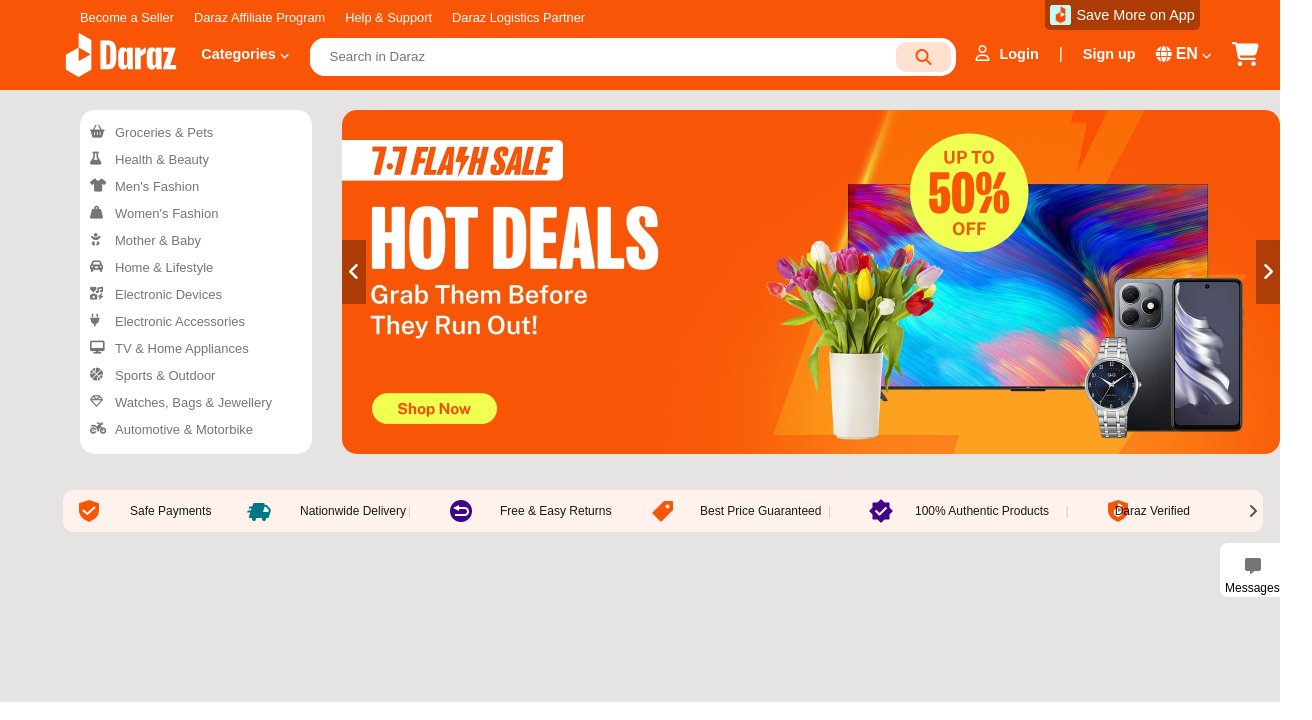
Repository: ubiadurrahman/Draz---Clone
Page: daraz.html
These files come from the project's save history. The page is drawn as it stood at one moment and after the next save; the edit follows.
The browser window is 1280 px wide. The page is 1312 px wide, so the pictures cover 1312 px, including what lies to the right of the window. The pictures show the whole page.

Above is the page before, as saved 2024-07-11 06:16:44.

### daraz.html
<!DOCTYPE html>
<html lang="en">

<head>
    <meta charset="UTF-8">
    <meta name="viewport" content="width=device-width, initial-scale=1.0">
    <title>Daraz</title>
    <link rel="stylesheet" href="https://cdnjs.cloudflare.com/ajax/libs/font-awesome/6.5.2/css/all.min.css"
        integrity="sha512-SnH5WK+bZxgPHs44uWIX+LLJAJ9/2PkPKZ5QiAj6Ta86w+fsb2TkcmfRyVX3pBnMFcV7oQPJkl9QevSCWr3W6A=="
        crossorigin="anonymous" referrerpolicy="no-referrer" />
    <link rel="stylesheet" href="daraz.css">
</head>

<body>
    <header>
        <section class="head-top">
            <div class="topleft">
                <div class="topspace"></div>
                <div class="topleft1">
                    <p class="tophover">Become a Seller</p>
                </div>
                <div class="topleft2">
                    <p class="tophover"> Daraz Affiliate Program</p>
                </div>
                <div class="topleft3">
                    <p class="tophover"> Help & Support</p>
                </div>
                <div class="topleft4">
                    <p class="tophover"> Daraz Logistics Partner</p>
                </div>
            </div>
            <div class="topright">
                <img src="download (1).png" alt="">
                <p class="tophover"> Save More on App</p>
            </div>
        </section>
        <section class="mainhead">
            <div class="logo">
                <img src="daraz-logo.png" alt="">
            </div>
            <div class="category">
                <p>Categories</p>
                <i class="down fa-solid fa-angle-down"></i>
            </div>
            <div class="search">
                <input type="search" placeholder="Search in Daraz">
                <i class="search-icon fa-solid fa-magnifying-glass"></i>
            </div>
            <div class="login">
                <div class="loginicon box">
                    <i class="fa-regular fa-user"></i>
                </div>
                <p>Login</p>
            </div>
            <div class="mainhead-space">
                <p>|</p>
            </div>
            <div class="signup">
                <p>Sign up</p>
            </div>
            <div class="language">
                <i class="fa-solid fa-globe"></i>
                <p>EN</p>
                <i class="down fa-solid fa-angle-down"></i>
            </div>
            <div class="cart">
                <i class="fa-solid fa-cart-shopping"></i>
            </div>
        </section>
    </header>
    <section class="hero-section">
        <div class="first">
            <div class="first-p paragraph">
                <i class="icon fa-solid fa-basket-shopping"></i>
                <p>Groceries & Pets</p>
            </div>
            <div class="second-p paragraph">
                <i class="icon fa-solid fa-flask"></i>
                <p>Health & Beauty</p>
            </div>
            <div class="third-p paragraph">
                <i class="icon fa-solid fa-shirt"></i>
                <p>Men's Fashion</p>
            </div>
            <div class="four-p paragraph">
                <i class="icon fa-solid fa-weight-hanging"></i>
                <p>Women's Fashion</p>
            </div>
            <div class="fifth-p paragraph">
                <i class="icon fa-solid fa-baby"></i>
                <p>Mother & Baby</p>
            </div>
            <div class="six-p paragraph">
                <i class="icon fa-solid fa-car-rear"></i>
                <p>Home & Lifestyle</p>
            </div>
            <div class="seven-p paragraph">
                <i class="icon fa-solid fa-icons"></i>
                <p>Electronic Devices</p>
            </div>
            <div class="eight-p paragraph">
                <i class="icon fa-solid fa-plug"></i>
                <p>Electronic Accessories</p>
            </div>
            <div class="nine-p paragraph">
                <i class="icon fa-solid fa-desktop"></i>
                <p>TV & Home Appliances</p>
            </div>
            <div class="ten-p paragraph">
                <i class="icon fa-solid fa-basketball"></i>
                <p>Sports & Outdoor</p>
            </div>
            <div class="eleven-p paragraph">
                <i class="icon fa-regular fa-gem"></i>
                <p>Watches, Bags & Jewellery</p>
            </div>
            <div class="twelve-p paragraph">
                <i class="icon fa-solid fa-motorcycle"></i>
                <p>Automotive & Motorbike</p>
            </div>
        </div>
        <div class="image-container">
            <div class="image-list">

                <div class="image-item">
                    <img src="hero-1.jpg" alt="">
                </div>
                <div class="image-btn">
                    <button class="slide-btn frst"><i class="fa-solid fa-angle-left"></i></button>
                    <button class="slide-btn-sec"><i class="fa-solid fa-angle-right"></i></button>

                </div>
            </div>
    </section>
    <div class="sec">
        <div class="br">
            <div class="sec-fst">
                <img src="sec-fst.png" alt="">
            </div>
            <p class="sec-fstp">Safe Payments</p>
            <div class="slash">
                <p>|</p>
            </div>
            <div class="sec-sec">
                <img src="sec-sec.png" alt="">
            </div>
            <div class="sec-secp">
                <p>Nationwide Delivery</p>
            </div>
            <div class="slash">
                <p>|</p>
            </div>
            <div class="sec-third">
                <img src="sec-third.png" alt="">
            </div>
            <p class="sec-thirdp">Free & Easy Returns</p>
            <div class="slash">
                <p>|</p>
            </div>
            <div class="sec-four">
                <img src="sec-four.png" alt="">
            </div>
            <div class="sec-fourp">
                <p>Best Price Guaranteed</p>
            </div>
            <div class="slash">
                <p>|</p>
            </div>
            <div class="sec-fifth">
                <img src="sec-fifth.png" alt="">
            </div>
            <div class="sec-fifthp">
                <p>100% Authentic Products</p>
            </div>
            <div class="slash">
                <p>|</p>
            </div>
            <div class="sec-six">
                <img src="sec-six.png" alt="">
            </div>
            <div class="sec-sixp">
                <p>Daraz Verified</p>
            </div>
            <div class="angle">
                <i class="fa-solid fa-angle-right"></i>
            </div>
        </div>
    </div>

<div class="m-box">
    <div class="msg-box">
        <div class="icon-box">
            <i class="fa-solid fa-message"></i>
        </div>
        <div class="message-box">
            <p>Messages</p>
        </div>
    </div>

    <div class="mid-pic">

    </div>

    </div>

</body>

</html>

### daraz.css
* {
    margin: 0px;
    padding: 0px;
    border: border-box;
    font-family: "Robot", sans-serif;
}

header {
    height: 90px;
    width: 100%;
    background-color: #f85606;
    color: white;
}

.head-top {
    height: 30px;
    display: flex;
}

.topleft {
    display: flex;
    align-items: center;
    gap: 20px;
    padding-top: 5px;
    font-size: 0.8rem;
}

.topspace {
    width: 60px;
}

/* TopRight */
.topright {
    width: 145px;
    height: 30px;
    display: flex;
    position: absolute;
    right: 80px;
    align-items: center;
    justify-content: center;
    gap: 5px;
    background-color: #0000004d;
    padding: 0px 5px;
    border-bottom-right-radius: 5px;
    border-bottom-left-radius: 5px;
    cursor: pointer;
}

.topright img {
    height: 20px;
}

.topright p {
    font-size: 0.9rem;
}

.topleft1 p {
    cursor: pointer;
}

.topleft2 p {
    cursor: pointer;
}

.topleft3 p {
    cursor: pointer;
}

.tophover:hover {
    color: #cdcdcd;
}

/* +++++++++++++++++++++Main Head+++++++++++++++++++++ */
.mainhead {
    display: flex;
    align-items: center;
    justify-content: center;
    gap: 20px;
}

.logo {
    width: 120px;
    height: 48px;
    margin-left: 40px;
}

.logo img {
    height: 48px;
}

.category {
    display: flex;
    align-items: center;
    justify-content: center;
    gap: 4px;
}

.category p {
    font-size: 0.9rem;
    font-weight: 700;
}

.category:hover {
    background-color: #d45617;
    width: 90px;
    height: 35px;
    border-radius: 10px;
}

.search {
    width: 646px;
    height: 38px;
    display: flex;
    align-items: center;
    justify-content: space-around;
    background-color: white;
    border-radius: 15px;
    margin-top: 5px;
}

.search input {
    width: 100%;
    height: 100%;
    border: none;
    outline: none;
    padding-left: 20px;
    border-radius: 15px;
}

placeholder {
    color: #a1a09e;
}

.search i {
    width: 60px;
    height: 30px;
    background-color: #ffe1d2;
    color: #f85606;
    border-radius: 10px;
    display: flex;
    align-items: center;
    justify-content: center;
    margin-right: 5px;
    cursor: pointer;
}

.login {
    display: flex;
    align-items: center;
    justify-content: center;
    gap: 10px;
    cursor: pointer;
}

.login p {
    font-size: 0.9rem;
    font-weight: 700;
}

.login:hover {
    background-color: #d45617;
    width: 80px;
    height: 35px;
    border-radius: 10px;
}

.language {
    display: flex;
    align-items: center;
    justify-content: center;
    gap: 4px;
    cursor: pointer;
}

.signup p {
    font-size: 0.9rem;
    font-weight: 700;
}

.signup:hover {
    display: flex;
    align-items: center;
    justify-content: center;
    background-color: #d45617;
    width: 60px;
    height: 35px;
    border-radius: 10px;
}

.language:hover {
    background-color: #d45617;
    width: 60px;
    height: 35px;
    border-radius: 10px;
}

.language p {
    font-weight: 600;
}

.down {
    font-size: 0.7rem;
    padding-top: 5px;
}

.cart i {
    font-size: 1.5rem;
}

.cart:hover {
    display: flex;
    align-items: center;
    justify-content: center;
    background-color: #d45617;
    width: 40px;
    height: 35px;
    border-radius: 10px;
}

/* Hero Section */

.hero-section {
    display: flex;
    width: 100%;
    height: 400px;
    background-color: #e6e3e3;
}

.first {
    width: 239.23px;
    height: 344px;
    background-color: white;
    margin-top: 20px;
    margin-left: 80px;
    color: #757575;
    border-radius: 15px;
}

.paragraph {
    display: flex;
    width: 172px;
    height: 27px;
    font-size: 13px;
    margin: 0px 0px 0px 35px;
}

.first-p {
    display: flex;
    width: 172px;
    height: 27px;
    font-size: 13px;
    margin: 15px 0px 0px 35px;
}

.icon {

    position: absolute;
    left: 90px;
}

.image-container{
    position: relative;
    /* width: 938px;
    height: 344px;
    margin-top: 20px;
    margin-left: 30px;
    background-size: cover;
    border-radius: 15px; */
}
.image-list {
    display: flex;
}
.image-item {
    min-width: 14%;

}
.image-item img {
    width: 938px;
    height: 344px;
    margin-top: 20px;
    margin-left: 30px;
    background-size: cover;
    border-radius: 15px;
}

.image-btn {
    position: absolute;
    top: 0;
    display: flex;
    justify-content: space-between;
    width: 1000px;
}
.slide-btn {
    width: 24px;
    height: 64px;
    font-size: 20px;
    color: white;
    background-color: #0000004d;
    border: transparent;
    margin-top: 150px;
    margin-left: 30px;
    margin-right: 32px;
}
.slide-btn-sec{
    width: 24px;
    height: 64px;
    font-size: 20px;
    color: white;
    background-color: #0000004d;
    border: transparent;
    margin-top: 150px;
    margin-left: 30px;
    margin-right: 32px;
}
.sec {
    display: flex;
    align-items: center;
    justify-content: space-evenly;
    background-color:#e6e3e3;
}
.br {
    display: flex;
    justify-content: space-evenly;
    align-items: center;
    color: #000000e6;
    background-color: #fff1eb;
    width: 1200px;
    height: 42px;
    margin-left: 46px;
    font-size: 12px;
    border-radius: 10px;
}
.br:hover {
    background-color: rgb(247, 236, 238);
}
.sec-fst {
    display: flex;
    align-items: center;
    width: 100.3px;
    height: 12px;
}
.sec-fstp{
    font-size: 12px;
    position: absolute;
    left: 130px;
}
.sec-sec {
    display: flex;
    align-items: center;
    width: 131.75px;
    height: 12px;
}
.sec-secp{
    font-size: 12px;
    position: absolute;
    left: 300px;
}
.sec-third {
    display: flex;
    align-items: center;
    width: 132.36px;
    height: 12px;
}
.sec-thirdp{
    font-size: 12px;
    position: absolute;
    left: 500px;
}
.sec-four {
    display: flex;
    align-items: center;
    width: 148.45px;
    height: 12px;
}
.sec-fourp{
    font-size: 12px;
    position: absolute;
    left: 700px;
}
.sec-fifth {
    display: flex;
    align-items: center;
    width: 167.59px;
    height: 12px;
}
.sec-fifthp{
    font-size: 12px;
    position: absolute;
    left: 915px;
}
.sec-six {
    display: flex;
    align-items: center;
    width: 92.69px;
    height: 12px;
}
.sec-sixp{
    font-size: 12px;
    position: absolute;
    right: 90px;
}
.br img {
    width: 24px;
    height: 24px;
}

.slash {
    display: flex;
    align-items: center;
    color: #d3d0d0;
    width: 21px;
    height: 22px;
    padding: 0px 6px 0px 15px;
}
.angle {
    color:#585252;
    font-size: 1rem;
    width: 26px;
    height: 16px;
    position: relative;
    left: 25px;
    padding: 0px 0px 0px 10px;
}

.m-box{
    width: 100%;
    height: 170px;
    background-color: #e6e3e3;
}
.msg-box {
    justify-content: center;
    align-items: center;
    width: 60px;
    height: 54px;
    background-color: white;
    position: fixed;
    right: 0px;
    top: 542.5px;
    border-top-left-radius: 8px;
    border-bottom-left-radius: 8px;
}

.icon-box{
    margin-left: 25px;
    margin-top: 15px;
    width: 22px;
    height: 18.34px;
    color: #757575;
}

.message-box {
    justify-content: center;
    margin-left: 5px;
    margin-top: 5px;
    width: 54.7px;
    height: 13.8px;
    font-size: 0.75rem;
}

After the next save:
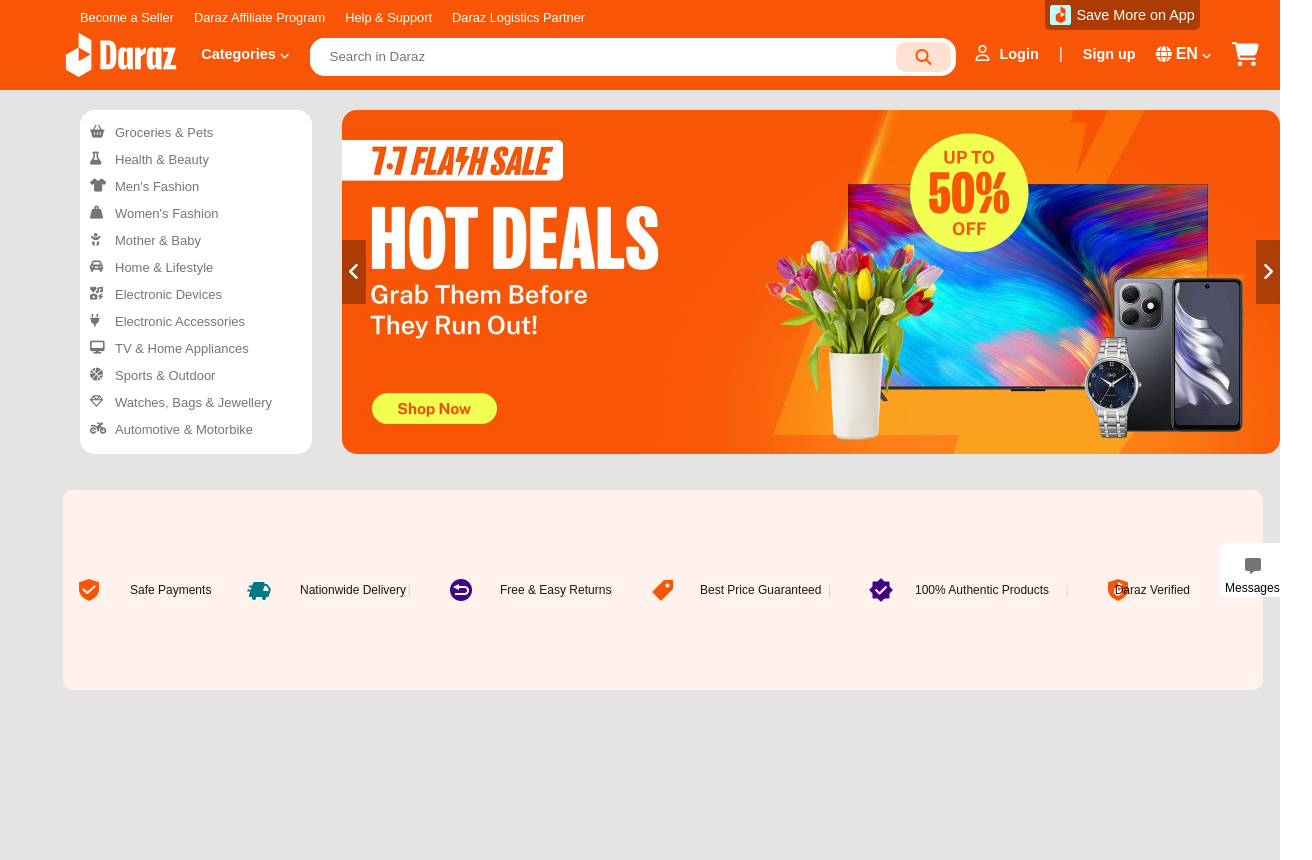
Saved 2 min 26 s later.
--- a/daraz.css
+++ b/daraz.css
@@ -325,7 +325,7 @@
     color: #000000e6;
     background-color: #fff1eb;
     width: 1200px;
-    height: 42px;
+    height: 200px;
     margin-left: 46px;
     font-size: 12px;
     border-radius: 10px;

After the save that followed:
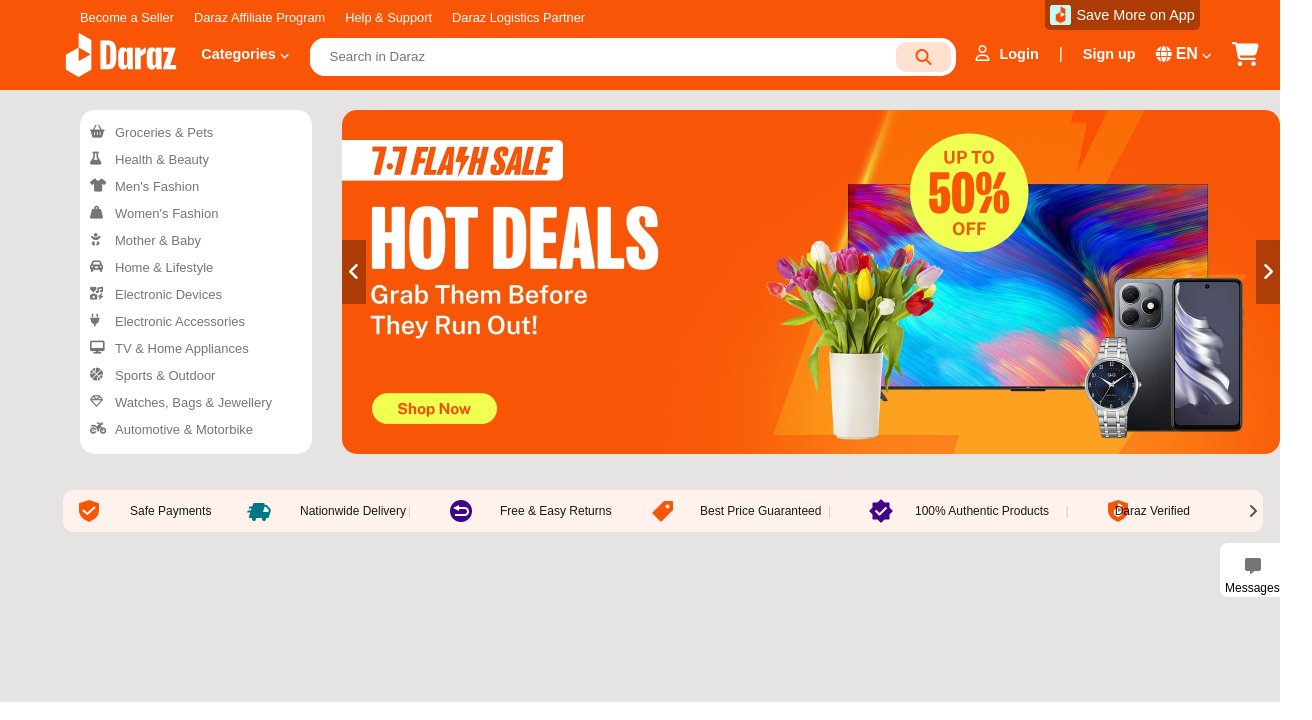
Saved 17 s later.
--- a/daraz.css
+++ b/daraz.css
@@ -325,7 +325,7 @@
     color: #000000e6;
     background-color: #fff1eb;
     width: 1200px;
-    height: 200px;
+    height: 42px;
     margin-left: 46px;
     font-size: 12px;
     border-radius: 10px;
